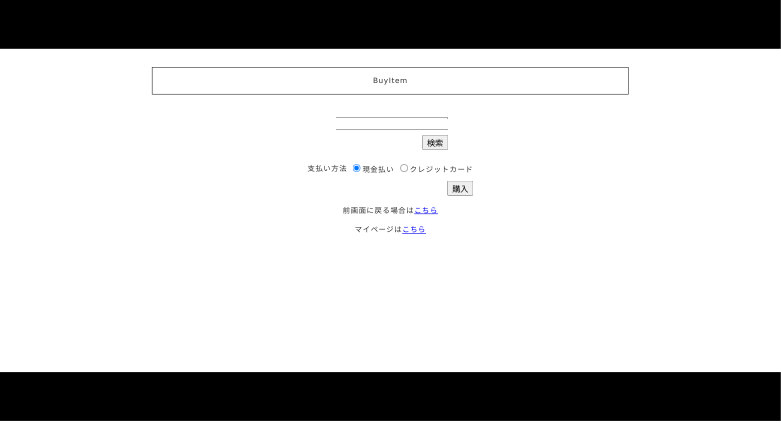
Repository: rt-1217/j2
Page: http://localhost/ecsite01/buyItem.jsp
The author's editor kept a copy of each file at every save. The page is drawn from the files as they stood at one save, then again after the next save.
The browser window is 1280 px wide. The pictures show the whole page, at 61% of full size.
The page is served by Tomcat 9. Other server files are loaded and not shown.

Above is the page before, as saved 2018-05-14 07:56:46.

### ecsite01/WebContent/buyItem.jsp
<%@ page language="java" contentType="text/html; charset=UTF-8"
    pageEncoding="UTF-8"%>
    <%@ taglib prefix="s" uri="/struts-tags" %>
<!DOCTYPE html PUBLIC "-//W3C//DTD HTML 4.01 Transitional//EN" "http://www.w3.org/TR/html4/loose.dtd">
<html>
<head>
<meta http-equiv="Content-Type" content="text/html; charset=UTF-8">
<meta http-equiv="Content-Type" content="text/html; charset=utf-8" />
<meta http-equiv="Content-Style-Type" content="text/css" />
<meta http-equiv="Content-Script-Type" content="text/javascript" />
<meta http-equiv="imagetoolbar" content="no" />
<meta name="description" content="" />
<meta name="keywords" content="" />
<title>BuyItem画面</title>
<style type="text/css">
/* ========TAG LAYOUT======== */
body {
margin:0;
padding:0;
line-height:1.6;
letter-spacing:1px;
font-family:Verdana, Helvetica, sans-serif;
font-size:12px;
color:#333;
background:#fff;
}
table {
text-align:center;
margin:0 auto;
}
/* ========ID LAYOUT======== */
#top {
width:780px;
margin:30px auto;
border:1px solid #333;
}
#header {
width: 100%;
height: 80px;
background-color: black;
}
#main {
width: 100%;
height: 500px;
text-align: center;
}
#footer {
width: 100%;
height: 80px;
background-color: black;
clear:both;
}
</style>
</head>

<body>
<div id="header">
<div id ="pr">
</div></div>

<div id="main">
<div id="top">
<p>BuyItem</p>
</div>

<div>
<s:form action="ItemSearchAction">
<tr>
<td>
<s:textfield name="searchWord" value=""/>
</td>
<td>
<s:submit value="検索"/>
</td></tr>
</s:form>
<s:if test="message !=''">
<h3><s:property value="message" escape="false"/></h3>
</s:if>




<s:form action="BuyItemAction">
<table>
<s:iterator value="buyItemDTOList">
<tr>
<td>



<h3><s:property value="itemName"/></h3>
</td>
</tr>
<tr>
<td>

<h3><s:property value="itemName"/></h3>
</td>
</tr>


<tr>
<td>
<span>値段</span>
</td>
<td>
<s:property value="itemPrice" /><span>円</span>
</td>
</tr>
<tr>
<td>
<span>在庫</span>
</td>
<td>
<s:if test="item_stock>0">
<s:property value="item_stock"/>
</s:if>
<s:else>
<span>品切れ</span>
</s:else>



</td>
</tr>
<tr>
<td>
<span>購入個数</span>
</td>
<td>
<s:if test="item_stock>0">
<select name="count">
<option value="0" selected="selected">0</option>
<option value="1">1</option>
<option value="2">2</option>
<option value="3">3</option>
<option value="4">4</option>
<option value="5">5</option>
</select>
</s:if>
<s:else>
<select name="count">
<option value="0" selected="selected">0</option>
</select></s:else>
</td>
</tr>
<tr><td><br>
</td>
</tr>
</s:iterator>
<tr>
<td>
<span>支払い方法</span>
</td>
<td>
<input type="radio" name="pay" value="1" checked="checked">現金払い
<input type="radio" name="pay" value="2" >クレジットカード
</td>
</tr>
<tr>
<td>
<s:submit value="購入"/>
</td>
</tr>

</table>
</s:form>

<div>
<p>前画面に戻る場合は<a href='<s:url action="GoHomeAction" />'>こちら</a></p>
<p>マイページは<a href='<s:url action="MyPageAction" />'>こちら</a></p>
</div>




</div>

</div>




<div id="footer">
<div id="pr">
</div></div>









</body>
</html>

After the next save:
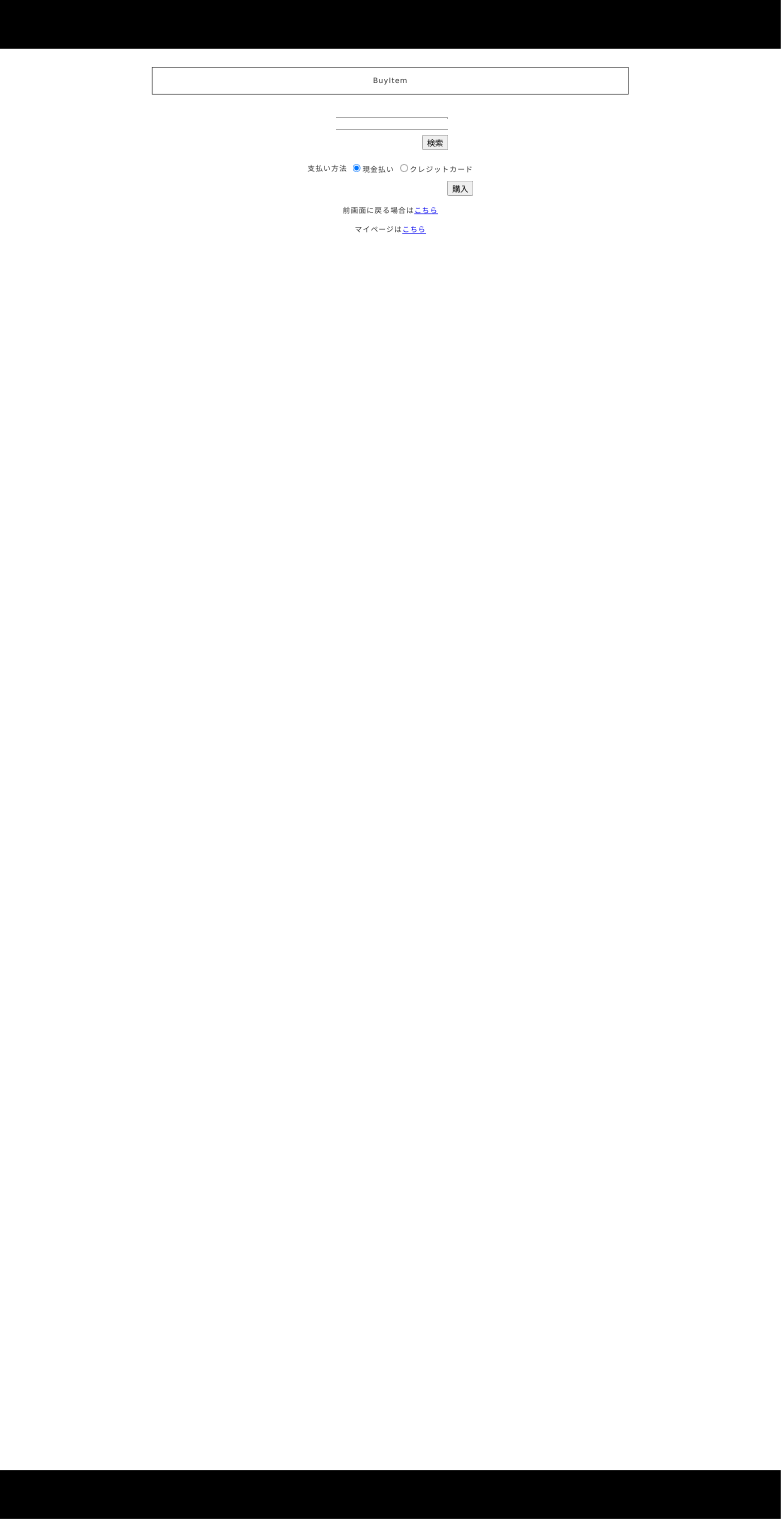
Saved 17 min 12 s later.
--- a/ecsite01/WebContent/buyItem.jsp
+++ b/ecsite01/WebContent/buyItem.jsp
@@ -41,7 +41,7 @@
 }
 #main {
 width: 100%;
-height: 500px;
+height: 2300px;
 text-align: center;
 }
 #footer {
